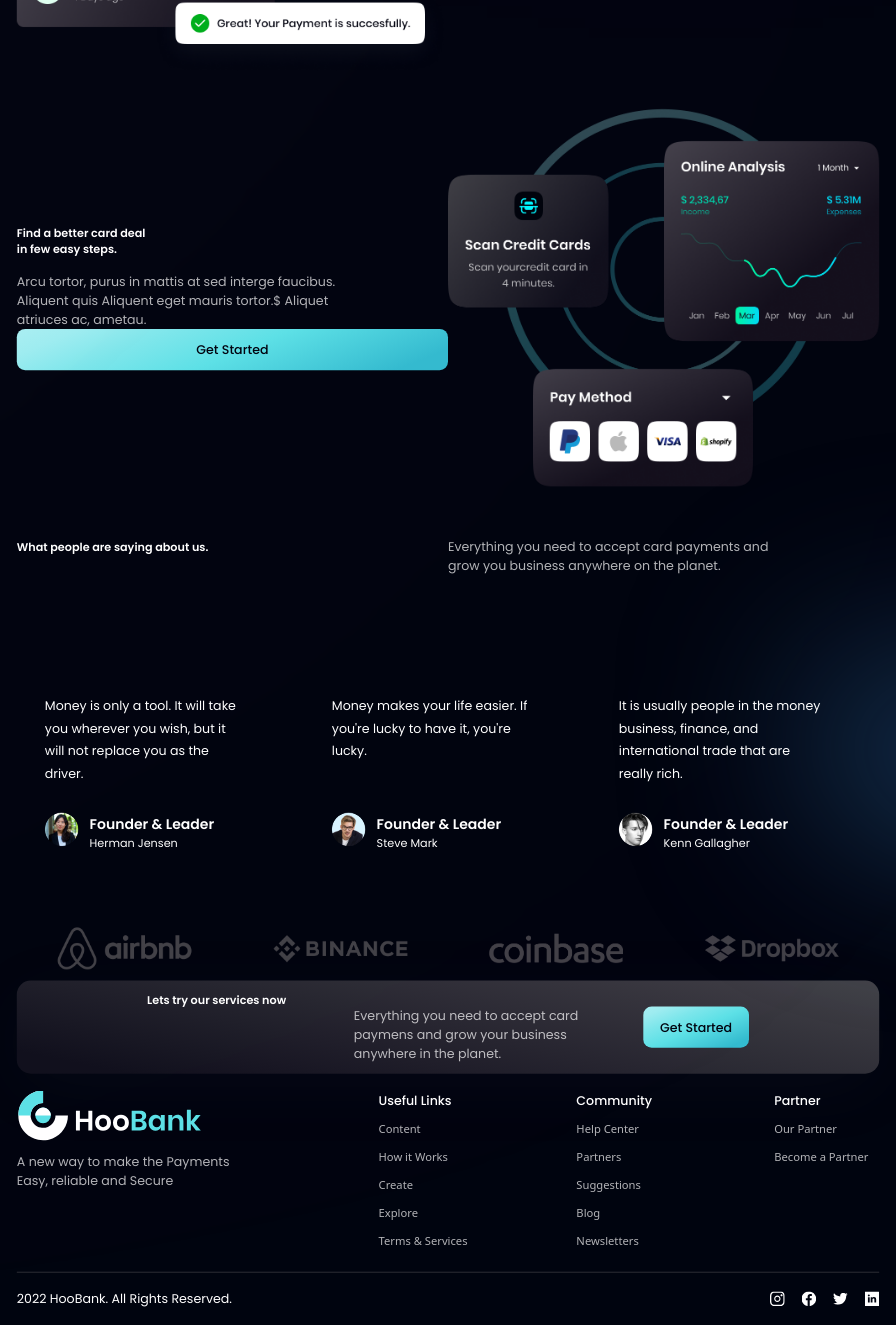
Repository: remydev47/hoobank
Page: /
An editor plug-in stored every save of this project. The page is shown before and after the next save, followed by the edit.
The browser window is 1280 px wide. The pictures show the part of the page from y = 1947 to 3867 px (the page is 3840 px tall before and 3867 px after), at 70% of full size.
The project was rebuilt for these pictures with package versions that can differ from the ones it lists, and the page was loaded fresh each time. The framework's server and built-in components were replaced by stand-ins that run in the browser. Also part of the build but not shown: next.config.js.

Above is the page before, as saved 2022-10-03 23:20:10.

After the next save:
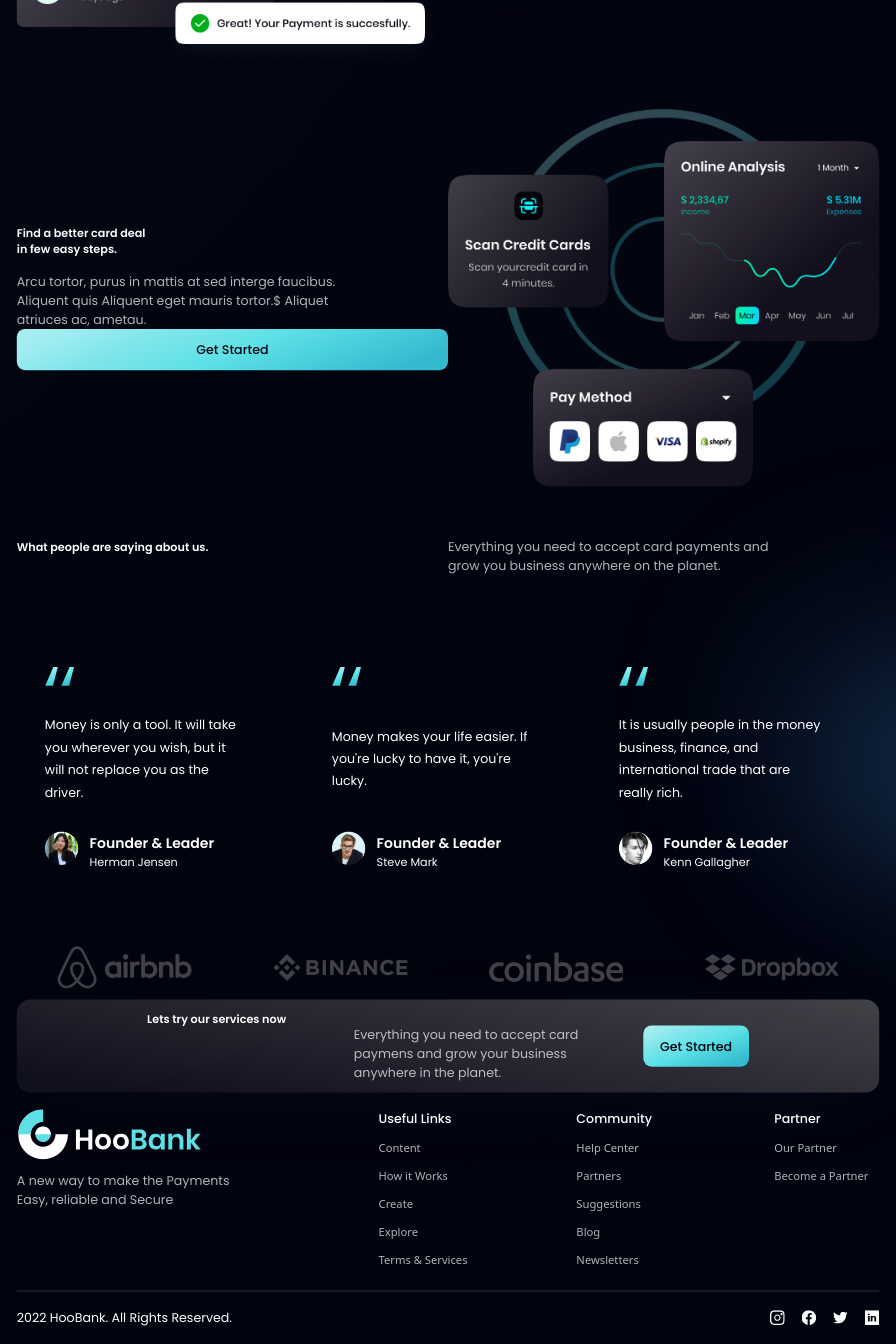
Saved 2 min 58 s later.
--- a/components/FeedBackCard.jsx
+++ b/components/FeedBackCard.jsx
@@ -4,7 +4,11 @@
 const FeedbackCard = ({content, name, title, img}) => (
     <div className='flex justify-between flex-col px-10 py-12 rounded-[20px] max-w-[370px]
     md:mr-10 sm:mr-5 mr-0 my-5 feedback-card'>
-
+        <img
+         className='w-[42px] h-[27px]'
+         src='/images/quotes.svg'
+         alt="double_quotes"
+        />
         <p className='font-poppins font-normal text-[18px] leading-[32px] text-white my-10'>
             {content}
         </p>
